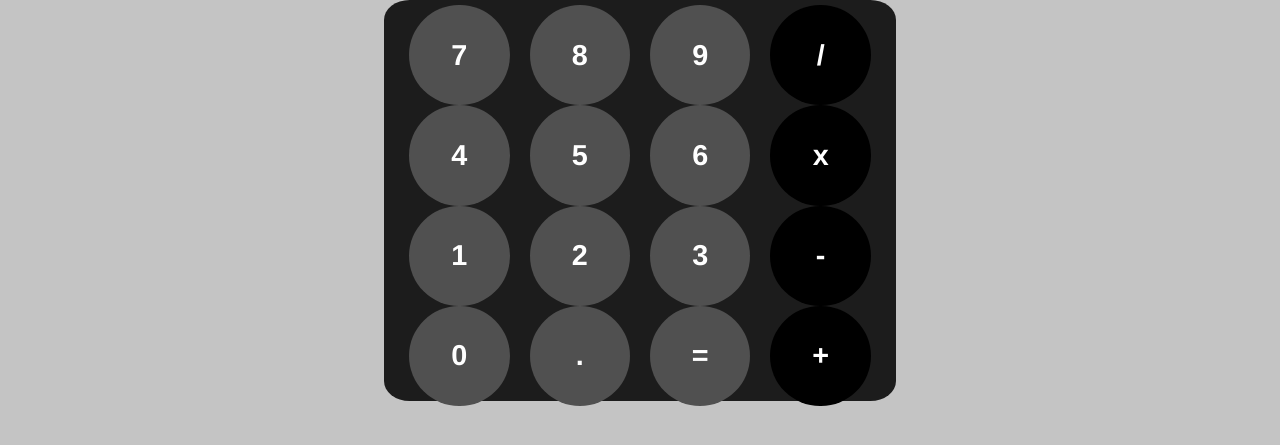
Repository: raulpenate/Calculadora-VUE3
Page: /
These files come from the project's save history. The page is drawn as it stood at one moment and after a run of saves; the edit follows.
The browser window is 1280 px wide. The pictures show the whole page.
The project was rebuilt for these pictures with package versions that can differ from the ones it lists, and the page was loaded fresh each time. Also part of the build but not shown: src/components/HelloWorld.vue.

Above is the page before, as saved 2022-03-11 09:03:26.

After the next 2 saves:
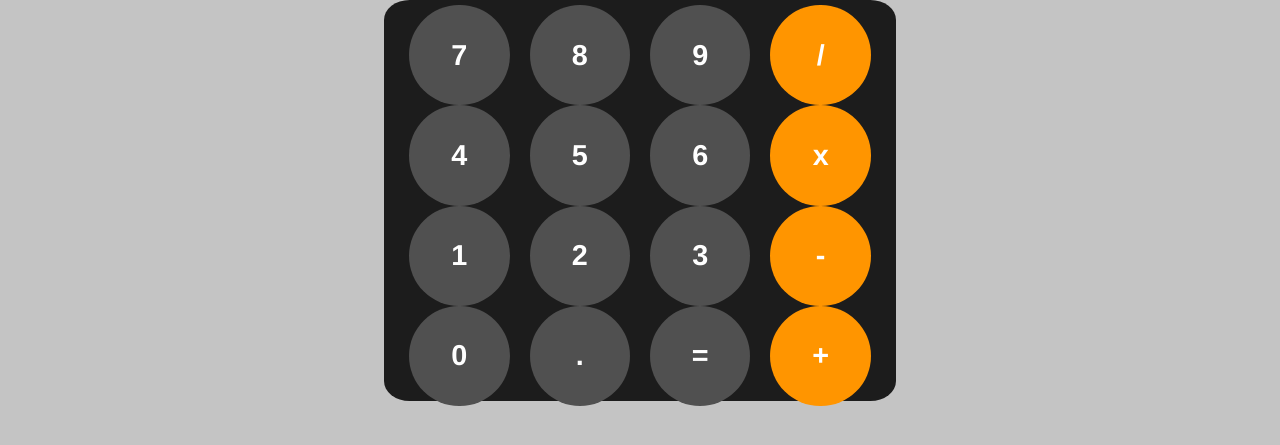
The 2 saves are shown as one change because they came seconds apart.
The last was saved 14 s later.
--- a/src/components/Calculator.vue
+++ b/src/components/Calculator.vue
@@ -75,7 +75,7 @@ body{
 }
 
 .orange{
-    background: #000;
+    background:#FF9500;
 }
 
 </style>
